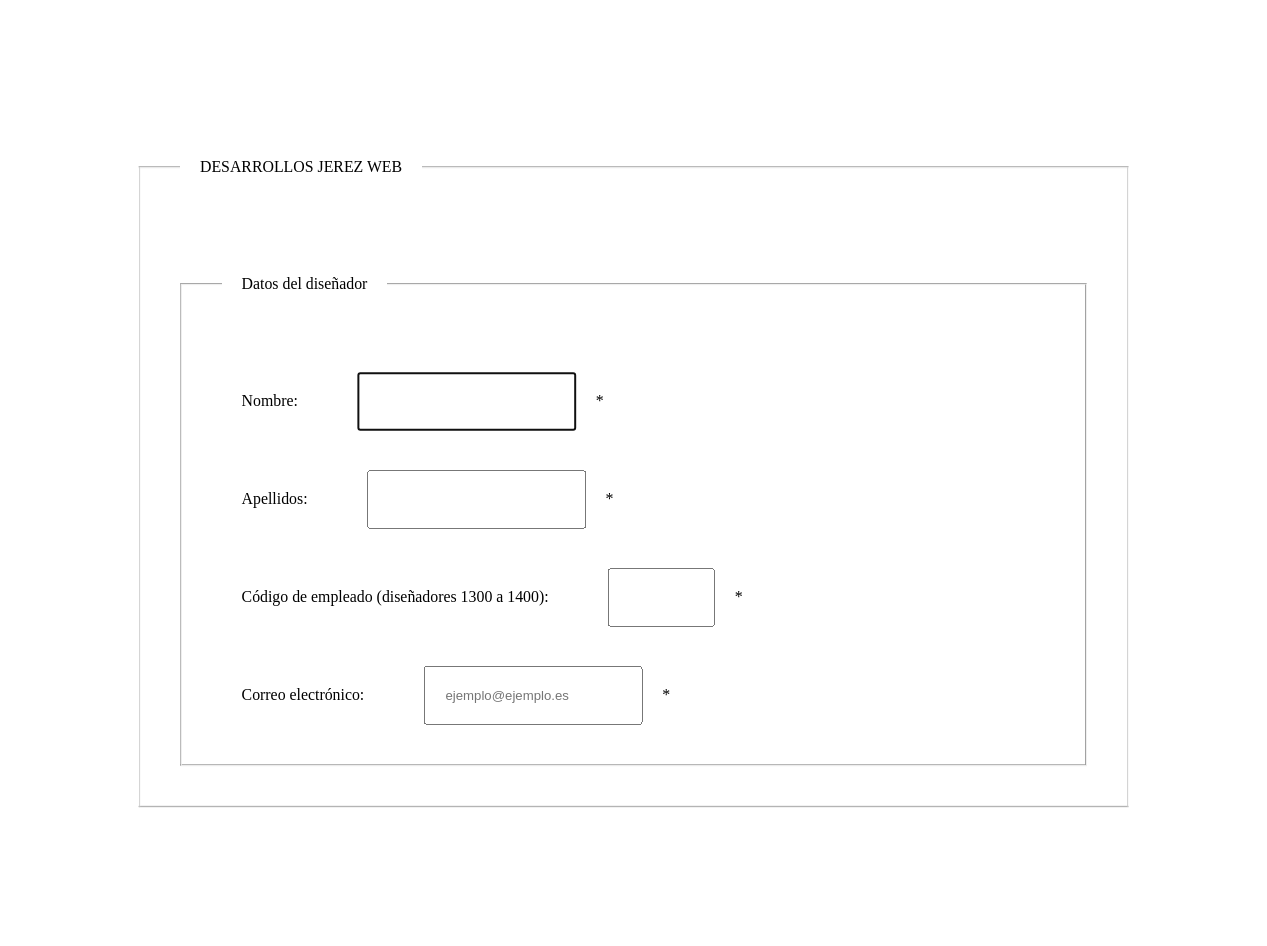
Repository: iSaan86/EV_Practica_FormularioCSS
Page: index.html
The author's editor kept a copy of each file at every save. The page is drawn from the files as they stood at one save, then again after the next save.
The browser window is 1280 px wide. The pictures show the whole page, at 99% of full size.

Above is the page before, as saved 2024-01-11 16:39:24.

After the next save:
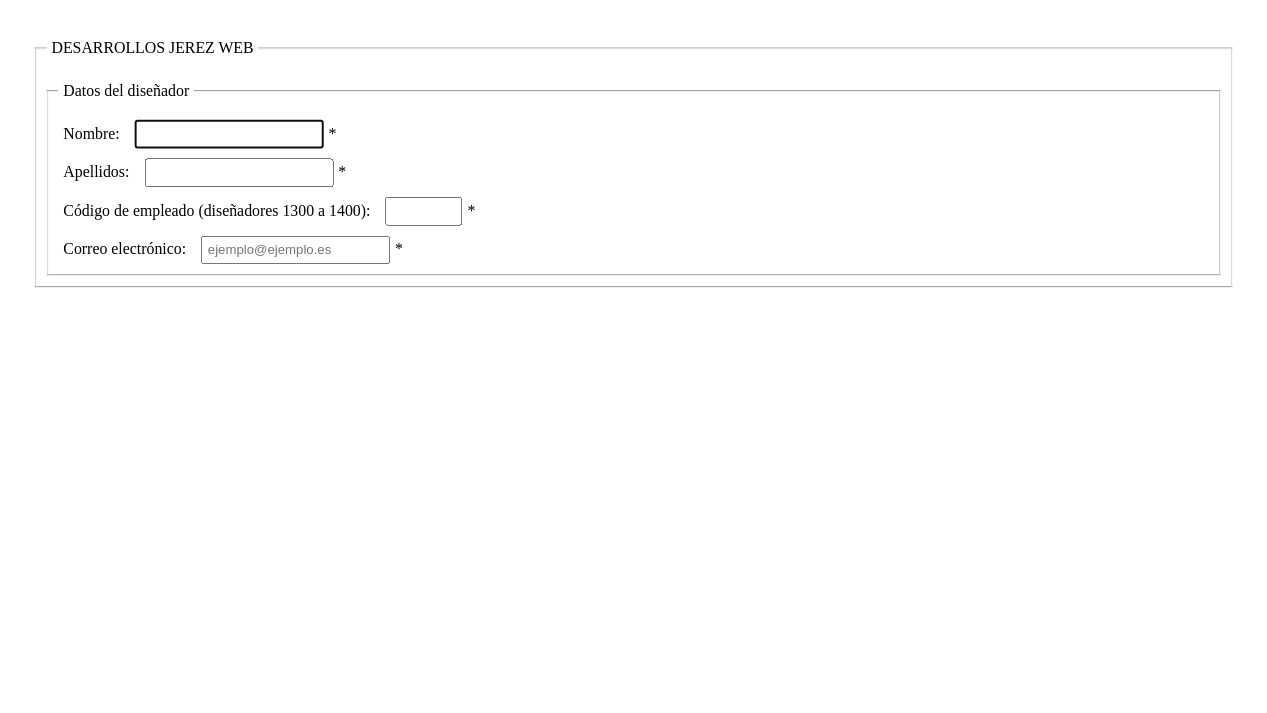
Saved 16 s later.
--- a/css/estilo.css
+++ b/css/estilo.css
@@ -2,6 +2,6 @@
 
 /* Para todo el html */
 *{
-    padding: 20px;
-    margin:20px;
+    padding: 5px;
+    margin:5px;
 }
